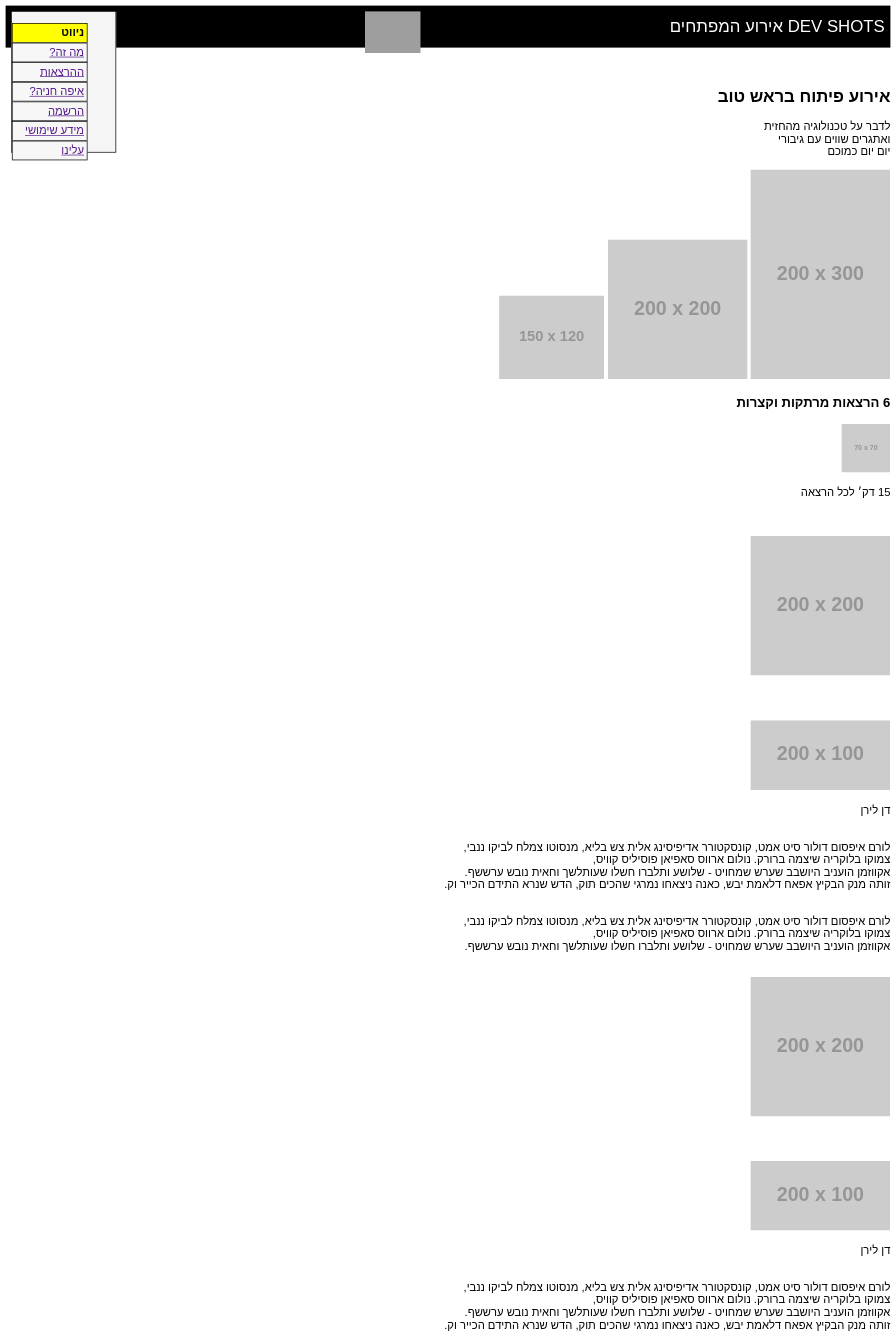
Repository: Julian-Escobar/DevShots
Page: index.html
The author's editor kept a copy of each file at every save. The page is drawn from the files as they stood at one save, then again after the next save.
The browser window is 1280 px wide. The pictures show the part of the page from y = 0 to 1920 px (the page is 7870 px tall), at 70% of full size.
Pictures or frames that could not be fetched are drawn as grey boxes.

Above is the page before, as saved 2018-08-25 17:34:38.

### index.html
<!DOCTYPE HTML>
<html>
  <head>
      <link rel="stylesheet" href="style.css">
        <style>

                body{
                    text-align: right;
                    direction: rtl;
                }
        </style>
  </head>
  <body>
      <!--header-->
       <header>
        <h2 class="title">   DEV SHOTS אירוע המפתחים  </h2>
       <div ><a ></a><img class="netcraftlogo" src="https://cdn.dribbble.com/users/277968/screenshots/1639449/netcraftdev_1x.png" alt="netcraft logo"></a> </div>
        <div class="dropdownnav"> <nav>
            <ul>
              <li><div class="navtitle"> <b>ניווט</b></li><li>
                  <a class="navlink" href=""> מה זה? </a></li><li>
                      <a class="navlink" href=""> ההרצאות </a></li><li>
                          <a class="navlink" href=""> איפה חניה? </a></li><li>
                              <a class="navlink" href=""> הרשמה </a></li><li>
                                  <a class="navlink" href=""> מידע שימושי </a></li><li>
                                      <a class="navlink" href=""> עלינו </a></li>
                                  </ul>
        </nav> </div>
       </header>
       <br> <br>

       <!--section 1-->
       <section class="section1 conteiner" >
               <div> <h1 class="secondtitle">אירוע פיתוח בראש טוב</h1>
                     <p> לדבר על טכנולוגיה מהחזית <br>ואתגרים שווים עם גיבורי<br> יום יום כמוכם</p>
               </div>
          <a class="robot 1"href="https://placeholder.com"><img src="https://via.placeholder.com/200x300" alt="robot1 image"></a>
          <a class="robot 2"href="https://placeholder.com"><img src="https://via.placeholder.com/200x200" alt="robot2 image"></a>
          <a class="robot 3"href="https://placeholder.com"><img src="https://via.placeholder.com/150x120" alt="robot3 image"></a>
       </section>

              <!--section 2 lectures-->
        <section class="section2 conteiner">
                    <h3>6 הרצאות מרתקות וקצרות</h3>
                    <div class="lecture time"> <a class="clock icon"href="https://placeholder.com"><img src="https://via.placeholder.com/70x70"alt="clock icon"> </a>
                    <p>15 דק׳ לכל הרצאה</p></div>
                    <br>
                    <br>

                  <article class="lecture container">
                            <a class="prof picture"href="https://placeholder.com"><img src="https://via.placeholder.com/200x200" alt="lecturer photo"></a>
                             <h3 class="card title">חומריות בעולם הגידיטל</h3>
                             <a class="bubble image"href="https://placeholder.com"><img src="https://via.placeholder.com/200x100"alt="bubble image"></a>
                                <p class="prof name">דן לירן</p> </div>
                                <p class=><br>לורם איפסום דולור סיט אמט, קונסקטורר אדיפיסינג אלית צש בליא, מנסוטו צמלח לביקו ננבי,
                                        <br>צמוקו בלוקריה שיצמה ברורק. נולום ארווס סאפיאן פוסיליס קוויס,
                                        <br>אקווזמן הועניב היושבב שערש שמחויט - שלושע ותלברו חשלו שעותלשך וחאית נובש ערששף.
                                        <br> זותה מנק הבקיץ אפאח דלאמת יבש, כאנה ניצאחו נמרגי שהכים תוק, הדש שנרא התידם הכייר וק.</p>
                                    <p><br>לורם איפסום דולור סיט אמט, קונסקטורר אדיפיסינג אלית צש בליא, מנסוטו צמלח לביקו ננבי,
                                        <br> צמוקו בלוקריה שיצמה ברורק. נולום ארווס סאפיאן פוסיליס קוויס,
                                        <br>  אקווזמן הועניב היושבב שערש שמחויט - שלושע ותלברו חשלו שעותלשך וחאית נובש ערששף. </p>

                 </article>
                 <br>
                 <article class="lecture container">
                        <a class="prof picture"href="https://placeholder.com"><img src="https://via.placeholder.com/200x200"alt="lecturer photo"></a>
                         <h3 class="card title">חומריות בעולם הגידיטל</h3>
                         <a class="bubble image"href="https://placeholder.com"><img src="https://via.placeholder.com/200x100"alt="bubble image"></a>
                            <p class="prof name">דן לירן</p> </div>
                            <p class=><br>לורם איפסום דולור סיט אמט, קונסקטורר אדיפיסינג אלית צש בליא, מנסוטו צמלח לביקו ננבי,
                                    <br>צמוקו בלוקריה שיצמה ברורק. נולום ארווס סאפיאן פוסיליס קוויס,
                                    <br>אקווזמן הועניב היושבב שערש שמחויט - שלושע ותלברו חשלו שעותלשך וחאית נובש ערששף.
                                    <br> זותה מנק הבקיץ אפאח דלאמת יבש, כאנה ניצאחו נמרגי שהכים תוק, הדש שנרא התידם הכייר וק.</p>
                                <p><br>לורם איפסום דולור סיט אמט, קונסקטורר אדיפיסינג אלית צש בליא, מנסוטו צמלח לביקו ננבי,
                                    <br> צמוקו בלוקריה שיצמה ברורק. נולום ארווס סאפיאן פוסיליס קוויס,
                                    <br>  אקווזמן הועניב היושבב שערש שמחויט - שלושע ותלברו חשלו שעותלשך וחאית נובש ערששף. </p>

             </article>

             <br>
             <article class="lecture container">
                    <a class="prof picture"href="https://placeholder.com"><img src="https://via.placeholder.com/200x200"alt="lecturer photo"></a>
                    <h3 class="card title">חומריות בעולם הגידיטל</h3>
                     <a class="bubble image"href="https://placeholder.com"><img src="https://via.placeholder.com/200x100"alt="bubble image"></a>
                        <p class="prof name">דן לירן</p> </div>
                        <p class=><br>לורם איפסום דולור סיט אמט, קונסקטורר אדיפיסינג אלית צש בליא, מנסוטו צמלח לביקו ננבי,
                                <br>צמוקו בלוקריה שיצמה ברורק. נולום ארווס סאפיאן פוסיליס קוויס,
                                <br>אקווזמן הועניב היושבב שערש שמחויט - שלושע ותלברו חשלו שעותלשך וחאית נובש ערששף.
                                <br> זותה מנק הבקיץ אפאח דלאמת יבש, כאנה ניצאחו נמרגי שהכים תוק, הדש שנרא התידם הכייר וק.</p>
                            <p><br>לורם איפסום דולור סיט אמט, קונסקטורר אדיפיסינג אלית צש בליא, מנסוטו צמלח לביקו ננבי,
                                <br> צמוקו בלוקריה שיצמה ברורק. נולום ארווס סאפיאן פוסיליס קוויס,
                                <br>  אקווזמן הועניב היושבב שערש שמחויט - שלושע ותלברו חשלו שעותלשך וחאית נובש ערששף. </p>

         </article>
         <br>

         <article class="lecture container">
                <a class="prof picture"href="https://placeholder.com"><img src="https://via.placeholder.com/200x200"alt="lecturer photo"></a>
                <h3 class="card title">חומריות בעולם הגידיטל</h3>
                <a class="bubble image"href="https://placeholder.com"><img src="https://via.placeholder.com/200x100"alt="bubble image"></a>
                    <p class="prof name">דן לירן</p> </div>
                    <p class=><br>לורם איפסום דולור סיט אמט, קונסקטורר אדיפיסינג אלית צש בליא, מנסוטו צמלח לביקו ננבי,
                            <br>צמוקו בלוקריה שיצמה ברורק. נולום ארווס סאפיאן פוסיליס קוויס,
                            <br>אקווזמן הועניב היושבב שערש שמחויט - שלושע ותלברו חשלו שעותלשך וחאית נובש ערששף.
                            <br> זותה מנק הבקיץ אפאח דלאמת יבש, כאנה ניצאחו נמרגי שהכים תוק, הדש שנרא התידם הכייר וק.</p>
                        <p><br>לורם איפסום דולור סיט אמט, קונסקטורר אדיפיסינג אלית צש בליא, מנסוטו צמלח לביקו ננבי,
                            <br> צמוקו בלוקריה שיצמה ברורק. נולום ארווס סאפיאן פוסיליס קוויס,
                            <br>  אקווזמן הועניב היושבב שערש שמחויט - שלושע ותלברו חשלו שעותלשך וחאית נובש ערששף. </p>

     </article>
     <br>

     <article class="lecture container">
            <a class="prof picture"href="https://placeholder.com"><img src="https://via.placeholder.com/200x200"alt="lecturer photo"></a>
             <h3 class="card title">חומריות בעולם הגידיטל</h3>
             <a class="bubble image"href="https://placeholder.com"><img src="https://via.placeholder.com/200x100"alt="bubble image"></a>
                <p class="prof name">דן לירן</p> </div>
                <p class=><br>לורם איפסום דולור סיט אמט, קונסקטורר אדיפיסינג אלית צש בליא, מנסוטו צמלח לביקו ננבי,
                        <br>צמוקו בלוקריה שיצמה ברורק. נולום ארווס סאפיאן פוסיליס קוויס,
                        <br>אקווזמן הועניב היושבב שערש שמחויט - שלושע ותלברו חשלו שעותלשך וחאית נובש ערששף.
                        <br> זותה מנק הבקיץ אפאח דלאמת יבש, כאנה ניצאחו נמרגי שהכים תוק, הדש שנרא התידם הכייר וק.</p>
                    <p><br>לורם איפסום דולור סיט אמט, קונסקטורר אדיפיסינג אלית צש בליא, מנסוטו צמלח לביקו ננבי,
                        <br> צמוקו בלוקריה שיצמה ברורק. נולום ארווס סאפיאן פוסיליס קוויס,
                        <br>  אקווזמן הועניב היושבב שערש שמחויט - שלושע ותלברו חשלו שעותלשך וחאית נובש ערששף. </p>

 </article>

 <br>
 <article class="lecture container">
        <a class="prof picture"href="https://placeholder.com"><img src="https://via.placeholder.com/200x200"alt="lecturer photo"></a>
         <h3 class="card title">חומריות בעולם הגידיטל</h3>
         <a class="bubble image"href="https://placeholder.com"><img src="https://via.placeholder.com/200x100"alt="bubble image"></a>
            <p class="prof name">דן לירן</p> </div>
            <p class=><br>לורם איפסום דולור סיט אמט, קונסקטורר אדיפיסינג אלית צש בליא, מנסוטו צמלח לביקו ננבי,
                    <br>צמוקו בלוקריה שיצמה ברורק. נולום ארווס סאפיאן פוסיליס קוויס,
                    <br>אקווזמן הועניב היושבב שערש שמחויט - שלושע ותלברו חשלו שעותלשך וחאית נובש ערששף.
                    <br> זותה מנק הבקיץ אפאח דלאמת יבש, כאנה ניצאחו נמרגי שהכים תוק, הדש שנרא התידם הכייר וק.</p>
                <p><br>לורם איפסום דולור סיט אמט, קונסקטורר אדיפיסינג אלית צש בליא, מנסוטו צמלח לביקו ננבי,
                    <br> צמוקו בלוקריה שיצמה ברורק. נולום ארווס סאפיאן פוסיליס קוויס,
                    <br>  אקווזמן הועניב היושבב שערש שמחויט - שלושע ותלברו חשלו שעותלשך וחאית נובש ערששף. </p>
</article>
<div> <a class="robot4"> <img src="https://via.placeholder.com/70x70"alt="robot4 image"> </a></div>
</section>


<!--section 3 directions-->

<section>
    <article>
    <h4> אז איפה שמים את האוטו?</h4>
    <p>ועוד כמה פרטים חשובים...</p>
    <p> הערב יערך במועדון הסבל</p>
    <address> דרך שלומו 53, תל אביב</address>
 <div class="buses container">
       <hr class=line1>
       <p>מתכנסים בשעה</p>
       <p><big> 18:30 </big></p>
       <hr class=line1>
       <dl>
            <dt>חניה</dt>
              <hr class=line1>
              <dd>1. חניון אלי פלט</dd>
              <dd>2. רחוב אלפסי</dd>
              <dd>3. רחוב חיים בן אתר</dd>
       </dl>
 </div>

 <div class="buses container">
                <hr class=line1>
                <p>מתחילים בשעה:</p>
                <p><big> 19:00 </big></p>
                <hr class=line1>
                <dl>

                     <dt>אוטובוסים</dt>
                       <hr class=line1>
                       <dd>1. רכבת מרכז - 142,42</dd>
                       <dd>2. תחנה מרכזית - 163, 201, 96</dd>
                </dl>
 </div>
 <div class="map">
        <a class="map"> <img src="https://via.placeholder.com/400x400" alt="map image"> </a></div>
        <a class="lupa"> <img src="https://via.placeholder.com/15x15" alt="lupa icon"> </a></div>
        <a href="url">למפה המלאה</a>
</div> </article> </section>
<br>

<!--section 4 contact-->
<h5> הרשמה </h5>
<p>הכניסה היא בחינם אבל מספר המקומות מצומצם.</p>
<p> הערב יערך במועדון הסבנשמח אם תרשמו רק אם אתם מתכוונים להגיע- כדי שלא נסרב למישהו אחר</p>
<hr class=line3>
<p>כל הפרטים אישיים ישארו חסומים ולא נעביא אותם לאף אחד</p>
<hr class=line3>
<br>
<br>

<form action="" method="post">
    <div>
        <label for="name">שם מלא</label>
        <input type="text" placeholder="פרטי וגם משפחה" id="name" name="user_name">
    </div>
    <div>
        <label for="position">תפקיד</label>
        <input  type="position" placeholder="מה אתם עושים ביום יום" id="position" name="user_position">
    </div>
    <div>
            <label for="organization">ארגון</label>
            <input  type="organization" placeholder="מי משלם לכם משכורת" id="organization" name="user_organization">
        </div>
    <div>
            <label for="phone">מספר טלפון</label>
            <input  type="phone" placeholder="או סלולרי, לנו זה לא איכפת" id="phone" name="user_phone">
        </div>
        <div>
                <label for="friends">יש חברים?</label>
                <input  type="friends" placeholder="יש מלא אבל אני בא לבד" id="friends" name="user_friends">
            </div>
            <button name="button">זהו שלח אותי</button>
    </form>
    <br>

<!--section 5 Useful information-->

<section>
    <h6><big>מידע שימושי</big></h6>

    <article> <div class="card2"> <a class="card2 image"> <img src="https://via.placeholder.com/100x100"alt="card image"></a><h3 class="car2 title">קונסקטורר אדיפיסינג אלית</h3>
        <p class="p card2">לורם איפסום דולור סיט אמט, קונסקטורר אדיפיסינג אלית נולום ארווס סאפיאן - פוסיליס קוויס, אקווזמן קולורס מונפרד אדנדום סילקוף, מרגשי ומרגשח</p>
    </div></article>

    <article> <div class="card2"> <a class="card2 image"> <img src="https://via.placeholder.com/100x100"alt="card image"></a><h3 class="car2 title">קונסקטורר אדיפיסינג אלית</h3>
        <p class="p card2">לורם איפסום דולור סיט אמט, קונסקטורר אדיפיסינג אלית נולום ארווס סאפיאן - פוסיליס קוויס, אקווזמן קולורס מונפרד אדנדום סילקוף, מרגשי ומרגשח</p>
    </div></article>

    <article> <div class="card2"> <a class="card2 image"> <img src="https://via.placeholder.com/100x100"alt="card image"></a><h3 class="car2 title">קונסקטורר אדיפיסינג אלית</h3>
        <p class="p card2">לורם איפסום דולור סיט אמט, קונסקטורר אדיפיסינג אלית נולום ארווס סאפיאן - פוסיליס קוויס, אקווזמן קולורס מונפרד אדנדום סילקוף, מרגשי ומרגשח</p>
    </div></article>

    <article> <div class="card2"> <a class="card2 image"> <img src="https://via.placeholder.com/100x100"alt="card image"></a><h3 class="car2 title">קונסקטורר אדיפיסינג אלית</h3>
        <p class="p card2">לורם איפסום דולור סיט אמט, קונסקטורר אדיפיסינג אלית נולום ארווס סאפיאן - פוסיליס קוויס, אקווזמן קולורס מונפרד אדנדום סילקוף, מרגשי ומרגשח</p>
    </div></article>

    <article> <div class="card2"> <a class="card2 image"> <img src="https://via.placeholder.com/100x100"alt="card image"></a><h3 class="car2 title">קונסקטורר אדיפיסינג אלית</h3>
        <p class="p card2">לורם איפסום דולור סיט אמט, קונסקטורר אדיפיסינג אלית נולום ארווס סאפיאן - פוסיליס קוויס, אקווזמן קולורס מונפרד אדנדום סילקוף, מרגשי ומרגשח</p>
    </div></article>

    <article> <div class="card2"> <a class="card2 image"> <img src="https://via.placeholder.com/100x100"alt="card image"></a><h3 class="car2 title">קונסקטורר אדיפיסינג אלית</h3>
        <p class="p card2">לורם איפסום דולור סיט אמט, קונסקטורר אדיפיסינג אלית נולום ארווס סאפיאן - פוסיליס קוויס, אקווזמן קולורס מונפרד אדנדום סילקוף, מרגשי ומרגשח</p>
    </div></article>

    <a class="bottom robot"> <img src="https://via.placeholder.com/200x100"></a>
</section>

<!--section 6 footer-->
<section>
    <div class="footer div"><H3 class="footer title"> קצת עלינו</H3></div>
            <sec> <div class="footer components"> <a class="netcraft logo"> <img src="https://via.placeholder.com/100x30"alt="net craft logo"></a> </div>
            <div class="footer components"><p><b><big> נטפרפט </big></b>ורם איפסום דולור סיט אמט, קונסקטורר אדיפיסינג אלית נולום ארווס סאפיאן - פוסיליס קוויס, אקווזמן קולורס מונפרד אדנדום סילקוף, מרגשי ומרגשח. עמחליף גולר מונפרר סוברט</p></div>
            <div class="footer components"> <a class="logo"> <img src="https://via.placeholder.com/30x30"></a> <p>לורם איפסום דולור סיט אמט</p> </div>
            <div class="footer components"> <a class="logo"> <img src="https://via.placeholder.com/30x30"></a> <p>לורם איפסום דולור סיט אמט</p> </div>
            <div class="footer components"> <a class="logo"> <img src="https://via.placeholder.com/30x30"></a> <p>לורם איפסום דולור סיט אמט</p> </div>
            <div class="footer components"> <a class="logo"> <img src="https://via.placeholder.com/30x30"></a> <p>לורם איפסום דולור סיט אמט</p> </div>

            <div class="footer detail"> <p> איפסום דולור סיט אמט | איפסום דולור סיט אמט | איפסום דולור סיט אמט | some info@here </p> <a class="logo netcraft small"> <img src="https://via.placeholder.com/30x12"alt="netcraft logo"></a>  </div></sec>
</section>

  </body>
</html>

### style.css
html {
    -moz-box-sizing: border-box;
    box-sizing: border-box;
}

ul {
    list-style: none;
  }

*,
*:before,
*:after {
    box-sizing: inherit;
}

@font-face {
    font-family: 'Rubik', sans-serif;
    src: url("hhttps://fonts.googleapis.com/css?family=Rubik" );
}

body{
    font-family: 'Rubik', sans-serif;
}
header{
    display: flex;
    padding: 8px;
    justify-content: space-between;
    align-content: center;
    background-color: black;
    height: 60px;
    }

.title {
    font-weight: 100;
    color: white;
    align-self: center;
}
.dropdownnav {
    display: flexblock;
    width: 150px;
    height: 202px;
    align-items: center;
    background-color: whitesmoke;
    border: 1px solid black

}
.netcraftlogo {
    height:60px;
    align-self: center;

    }

    .navtitle {
        background-color: yellow;
        padding: 4px;
        border: 1px solid black
    }

    .navlink {
        background-color:rgb(247, 247, 247);
        padding: 4px;
        border: 1px solid black;
        align-self: right;
        display: block;
        position: relative;
        z-index: 100;
    }

After the next save:
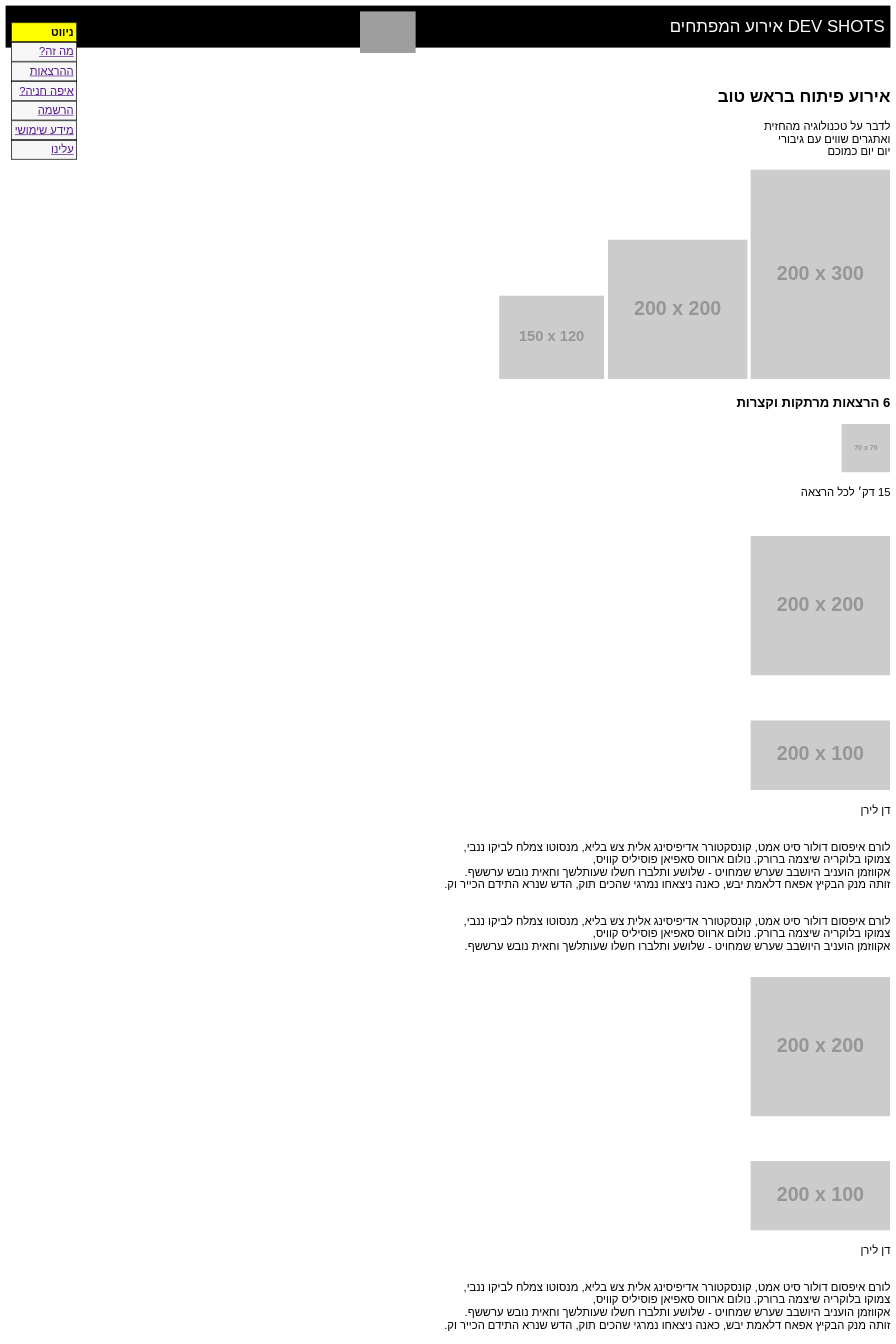
Saved 33 s later.
--- a/style.css
+++ b/style.css
@@ -36,12 +36,6 @@ header{
     align-self: center;
 }
 .dropdownnav {
-    display: flexblock;
-    width: 150px;
-    height: 202px;
-    align-items: center;
-    background-color: whitesmoke;
-    border: 1px solid black
 
 }
 .netcraftlogo {
